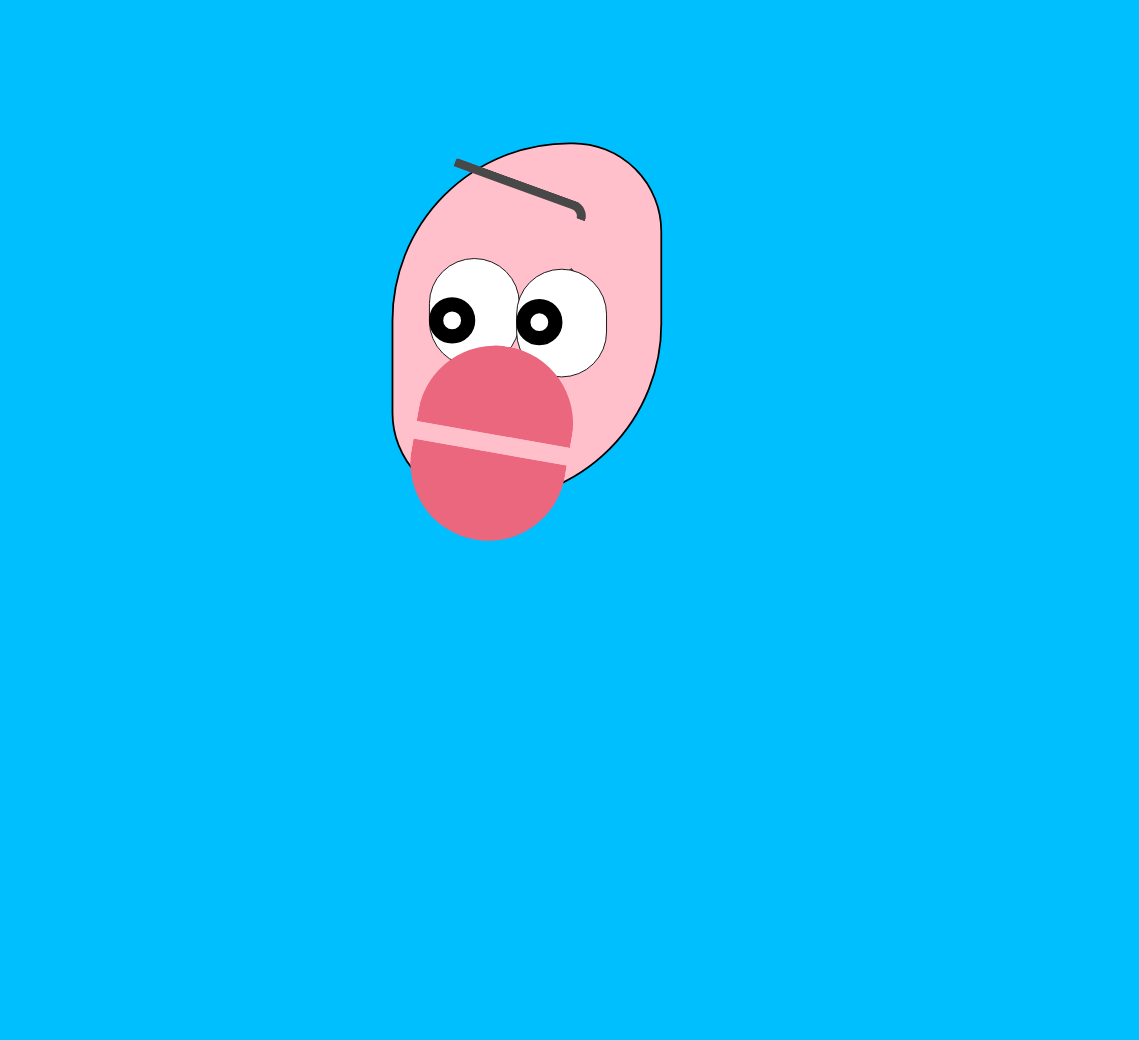
Repository: rodwestmoreland/1150
Page: cssCritter/index.html
These files come from the project's save history. The page is drawn as it stood at one moment and after the next save; the edit follows.
The browser window is 1280 px wide. The pictures show the whole page, at 89% of full size.

Above is the page before, as saved 2021-01-25 22:36:53.

After the next save:
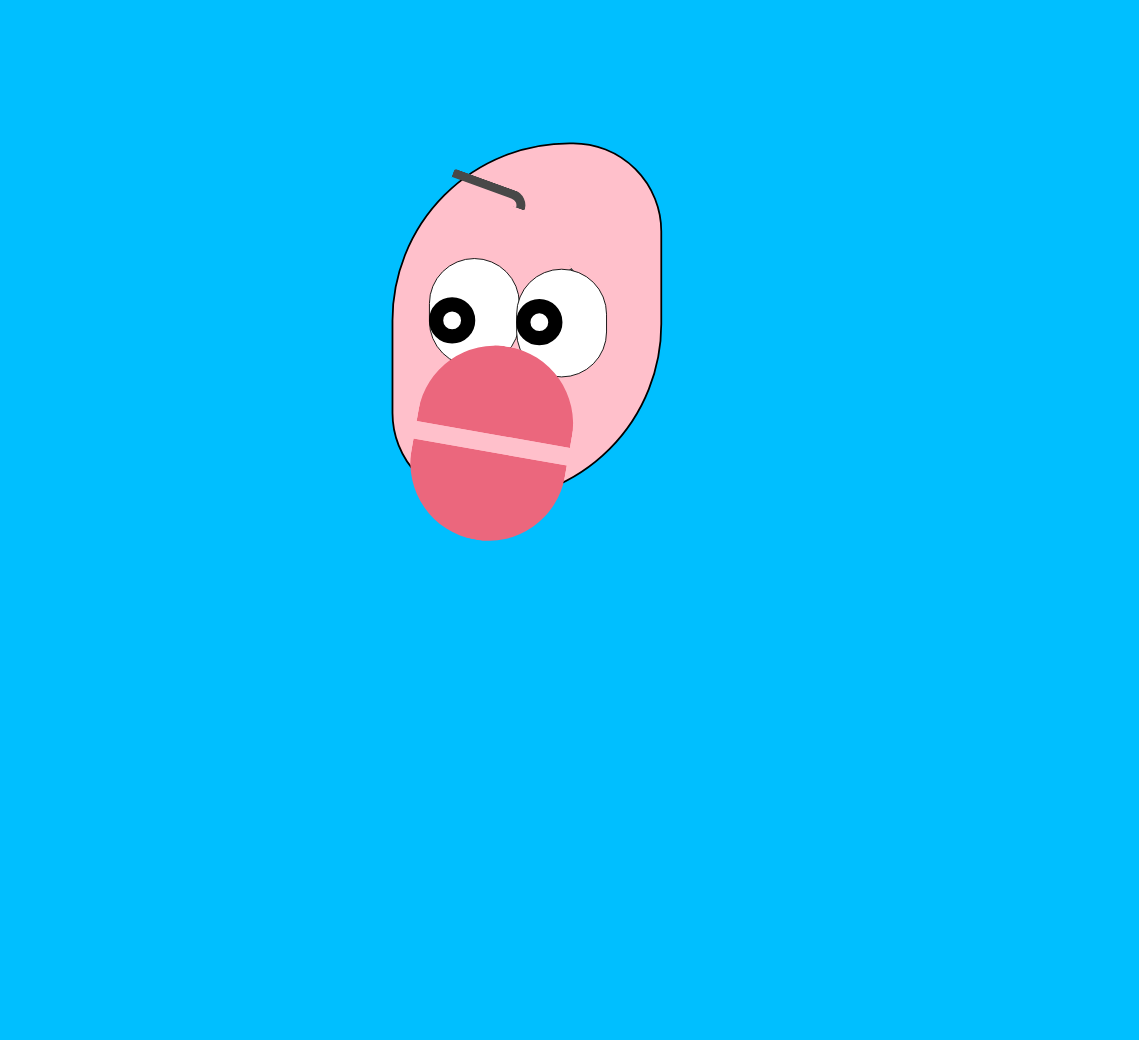
Saved 6 s later.
--- a/cssCritter/style.css
+++ b/cssCritter/style.css
@@ -75,7 +75,7 @@ body{
     transform: rotate(-40deg);
   }
   .left-eyebrow{
-    width: 150px;
+    width: 80px;
     height: 8px;
     border-bottom-right-radius:100px;
     border-bottom-left-radius: 500px;
